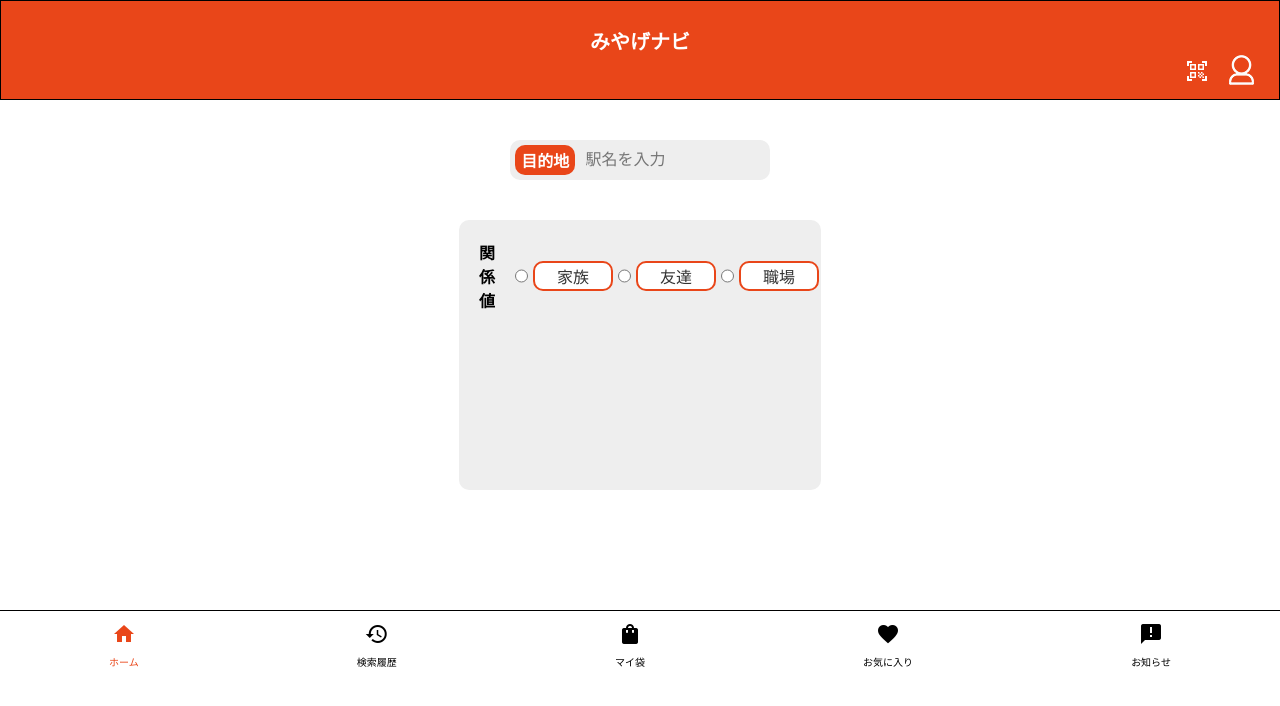
Repository: ama-ne2/miyage_nav
Page: index.html
An editor plug-in stored every save of this project. The page is shown before and after the next save, followed by the edit.
The browser window is 1280 px wide. The pictures show the whole page.

Above is the page before, as saved 2026-02-06 18:45:41.

After the next save:
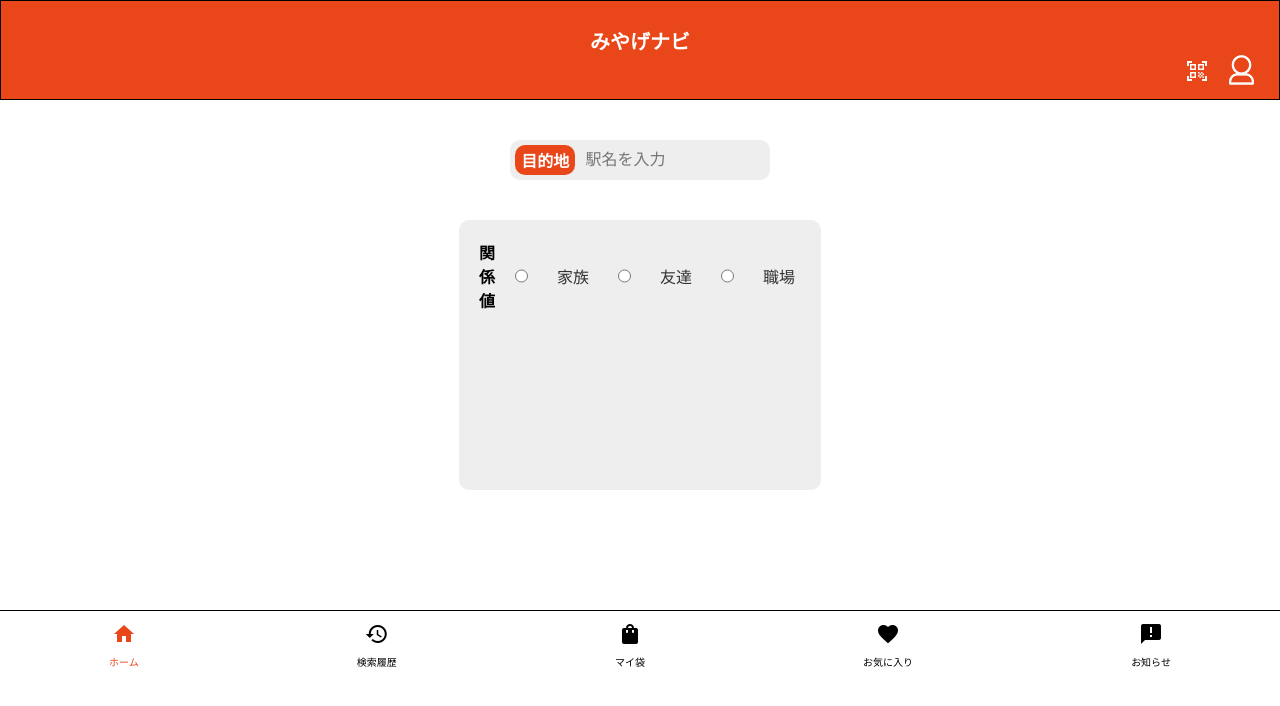
Saved 49 s later.
--- a/css/index.css
+++ b/css/index.css
@@ -54,8 +54,6 @@ main {
         input[type="radio"] + label{
             transition: 0.15s;
             color: #333;
-            background-color: #fff;
-            border: solid 2px #E94619;
             display: flex;
             justify-content: center;
             align-items: center;
